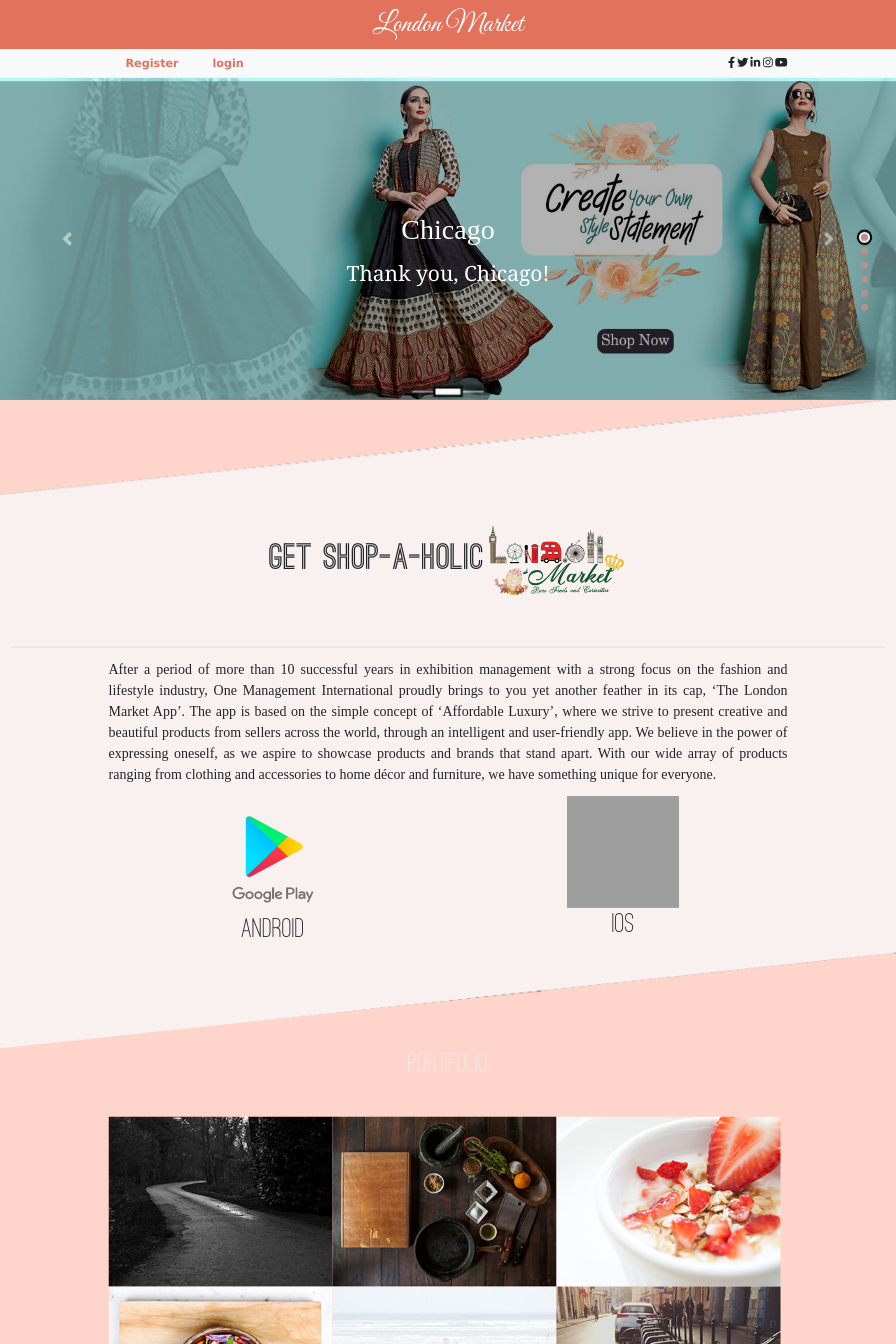
Repository: Demonster1999/newshoperrepo
Page: index.html
These files come from the project's save history. The page is drawn as it stood at one moment and after the next save; the edit follows.
The browser window is 1280 px wide. The pictures show the part of the page from y = 0 to 1920 px (the page is 4088 px tall before and 4218 px after), at 70% of full size.
Pictures or frames that could not be fetched are drawn as grey boxes. Some web libraries are served in a nearby version.

Above is the page before, as saved 2020-07-21 13:19:57.
Console error: TypeError: Cannot read properties of null (reading 'getContext')

### index.html
<!DOCTYPE html>
<head>
	<meta charset="UTF-8">
	<title>London Market</title>
	<meta name="keywords" content="" />
	<meta name="description" content="" />
    <meta name="viewport" content="width=device-width, initial-scale=1.0">
    <!--
    	Roller Template
		http://www.london-market.com/preview/london-market_424_roller
	-->
	<link rel="stylesheet" href="https://fonts.googleapis.com/css2?family=Great+Vibes">
	<link href="http://fonts.googleapis.com/css?family=Open+Sans:300,400,700" rel="stylesheet" type="text/css">
	<!-- <link href="css/font-awesome.min.css" rel="stylesheet">FontAwesome Icons -->
	<link rel="stylesheet" href="https://cdnjs.cloudflare.com/ajax/libs/font-awesome/5.14.0/css/all.min.css"
		integrity="sha512-1PKOgIY59xJ8Co8+NE6FZ+LOAZKjy+KY8iq0G4B3CyeY6wYHN3yt9PW0XpSriVlkMXe40PTKnXrLnZ9+fkDaog=="
		crossorigin="anonymous" />
	<link rel="stylesheet" href="https://maxcdn.bootstrapcdn.com/bootstrap/4.0.0/css/bootstrap.min.css" integrity="sha384-Gn5384xqQ1aoWXA+058RXPxPg6fy4IWvTNh0E263XmFcJlSAwiGgFAW/dAiS6JXm" crossorigin="anonymous">
	<link rel="stylesheet" href="fonts/ostrich-sans.css">
	<link href="css/LondonMarket.css" rel="stylesheet" type="text/css">
	<link rel="stylesheet" href="css/into-to-app.css">
	<link rel="stylesheet" href="css/navbar.css">
	<link rel="stylesheet" href="css/carousel.css">

</head>
<body>
	<nav class="navbar custom-nav sticky-top p-0 m-0 ">
		<a class="navbar-brand mx-auto text-white" style="font-family: Great Vibes; font-size: 40px;" href="#">London Market</a>

	  </nav>

	<nav class="navbar third-nav navbar-expand-lg navbar-light bg-light">
		<div class="container">
			<button class="navbar-toggler navbar-toggler-icon" type="button" data-toggle="collapse" data-target="#navbarSupportedChontent"
			aria-controls="navbarSupportedContent" aria-expanded="false" aria-label="Toggle navigation">
			<span class=""></span>
		</button>


		<div class="collapse navbar-collapse" id="navbarSupportedContent">
			<ul class="navbar-nav  mr-auto text-center">

				<li class="nav-item">
					<a class=" " href="#">Register</a>
				</li>
				<li class="nav-item ">
					<a class="" href="#">login</a>
				</li>


		</div>
		<div class="  mx-auto ">
			<!-- social icons  -->
			<button class="fab fa-facebook-f"></button>
			<button class="fab fa-twitter"></button>
			<button class="fab fa-linkedin-in"></button>
			<button class="fab fa-instagram"></button>
			<button class="fab fa-youtube"></button>
		</div>
		</div>

	</nav>


	<!-- nav with dots  -->
	<nav class="nav">
        <ul>
            <li class="dot1 active" id="ec1" data-toggle="tooltip" data-placement="left" title="Tooltip on left"></li>
            <li class="dot2" id="ec2" data-toggle="tooltip" data-placement="left" title="Tooltip on left"></li>
            <li class="dot3" id="ec3"  data-toggle="tooltip" data-placement="left" title="Tooltip on left"></li>
			<li class="dot4" id="ec4"  data-toggle="tooltip" data-placement="left" title="Tooltip on left"></li>
			<li class="dot5" id="ec5"  data-toggle="tooltip" data-placement="left" title="Tooltip on left"></li>
			<li class="dot5" id="ec5"  data-toggle="tooltip" data-placement="left" title="Tooltip on left"></li>
        </ul>
    </nav>

		<section class="" id="home">
			<div id="demo" class="carousel slide" data-ride="carousel">
				<ul class="carousel-indicators">
					<li data-target="#demo" data-slide-to="0" class="active"></li>
					<li data-target="#demo" data-slide-to="1"></li>
					<li data-target="#demo" data-slide-to="2"></li>
					<!-- <li data-target="#demo" data-slide-to="3"></li> -->
				</ul>
				<div class="carousel-inner">
					<div class="carousel-item active">
						<img src="images/carousel/carousel1.jpg" alt="Los Angeles"   >
						<div class="carousel-caption">
							<h3>Los Angeles</h3>
							<p>We had such a great time in LA!</p>
						</div>
					</div>
					<div class="carousel-item">
						<img src="images/carousel/carousel4.jpg" alt="Chicago"  >
						<div class="carousel-caption">
							<h3>Chicago</h3>
							<p>Thank you, Chicago!</p>
						</div>
					</div>
					<div class="carousel-item">
						<img src="images/carousel/cp11.jpg" alt="Chicago" >
						<div class="carousel-caption">
							<h3>Chicago</h3>
							<p>Thank you, Chicago!</p>
						</div>
					</div>
					<!-- <div class="carousel-item">
						<img src="images/images/lmimages/Adobe_20200716_143015.png" alt="Chicago">
						<div class="carousel-caption">
							<h3>Chicago</h3>
							<p>Thank you, Chicago!</p>
						</div>
					</div> -->
					<!-- <div class="carousel-item">
						<img src="images/carousel/carousel3.jpg" alt="New York" class=" w-100" style="height: 300px; max-height: 500px;">
						<div class="carousel-caption">
							<h3>New York</h3>
							<p>We love the Big Apple!</p>
						</div>
					</div> -->
				</div>
				<a class="carousel-control-prev" href="#demo" data-slide="prev">
					<span class="carousel-control-prev-icon"></span>
				</a>
				<a class="carousel-control-next" href="#demo" data-slide="next">
					<span class="carousel-control-next-icon"></span>
				</a>
			</div>
		</section>

<section class=" intro-to-app container-fluid">
	<img src="images/tm-border-black-top.png" class="w-100 img-top" alt="">
	<div class="container-fluid text-center ">
		<h1 class="mx-auto i "> Get Shop-a-holic</h1>
		<img src="images/images/lmimages/lm.png" class="p-0 m-0" width=200px height="200px" alt="" >

		<hr>


		<div class="container ">
			<p class="lead text-justify">After a period of more than 10 successful years in exhibition management with a strong focus on the fashion and
			lifestyle industry, One Management International proudly brings to you yet another feather in its cap, ‘The London
			Market App’.
			The app is based on the simple concept of ‘Affordable Luxury’, where we strive to present creative and beautiful
			products from sellers across the world, through an intelligent and user-friendly app. We believe in the power of
			expressing oneself, as we aspire to showcase products and brands that stand apart. With our wide array of products
			ranging from clothing and accessories to home décor and furniture, we have something unique for everyone.
</p>
               <div class="row">
<div class="col-md-6 p-2 text-center">
	<a href="https://play.google.com/store/apps/details?id=com.prpwebs.londonmarket" class="h1"> <img src="images/logos/play store.png" class=" " width="160px" height="160px" alt="play">
		<center> Android</center>
	</a>
</div>
<div class="col-md-6 text-center">
	<a href="" class="h1"> <img src="images/logos/hiclipart.com.png" class=" " width="160px" height="160px" alt="app">
		<center>ios</center>
	</a>

</div>
			   </div>

		</div>
	</div>
	<img src="images/tm-border-black-bottom.png" class="w-100 imgbottom" alt="">
</section>





		<section class="tm-dark-bg tm-section" id="portfolio">
			<div class="container">
				<div class="row">
					<div class="col-lg-12 col-md-12 col-sm-12 col-xs-12 text-center">
						<h1 class="tm-light-gray-text text-center text-uppercase">Portfolio</h1>
						<div class="tm-portfolio-images-container margin-top-50">
							<div class="tm-image-container">
								<div class="tm-portfolio-image-overlay text-center">
									<div class="absolute-center">
										<a href="#" class="fa fa-search"></a>
										<h2 class="text-uppercase tm-white-text">Lorem</h2>
										<p class="text-uppercase">sagittis</p>
									</div>
								</div>
								<img src="images/portfolio/01.jpg" alt="Portfolio 1">
							</div>
							<div class="tm-image-container">
								<div class="tm-portfolio-image-overlay">
									<div class="absolute-center">
										<a href="#" class="fa fa-search"></a>
										<h2 class="text-uppercase tm-white-text">Dimperdiet</h2>
										<p class="text-uppercase">Aliquam</p>
									</div>
								</div>
								<img src="images/portfolio/02.jpg" alt="Portfolio 2">
							</div>
							<div class="tm-image-container">
								<div class="tm-portfolio-image-overlay">
									<div class="absolute-center">
										<a href="#" class="fa fa-search"></a>
										<h2 class="text-uppercase tm-white-text">Pellentesque</h2>
										<p class="text-uppercase">noemer</p>
									</div>
								</div>
								<img src="images/portfolio/03.jpg" alt="Portfolio 3">
							</div>
							<div class="tm-image-container">
								<div class="tm-portfolio-image-overlay">
									<div class="absolute-center">
										<a href="#" class="fa fa-search"></a>
										<h2 class="text-uppercase tm-white-text">Aenean</h2>
										<p class="text-uppercase">pharetra</p>
									</div>
								</div>
								<img src="images/portfolio/04.jpg" alt="Portfolio 4">
							</div>
							<div class="tm-image-container">
								<div class="tm-portfolio-image-overlay">
									<div class="absolute-center">
										<a href="#" class="fa fa-search"></a>
										<h2 class="text-uppercase tm-white-text">condimentum</h2>
										<p class="text-uppercase">libero</p>
									</div>
								</div>
								<img src="images/portfolio/05.jpg" alt="Portfolio 5">
							</div>
							<div class="tm-image-container">
								<div class="tm-portfolio-image-overlay">
									<div class="absolute-center">
										<a href="#" class="fa fa-search"></a>
										<h2 class="text-uppercase tm-white-text">nulla</h2>
										<p class="text-uppercase">consectetur</p>
									</div>
								</div>
								<img src="images/portfolio/06.jpg" alt="Portfolio 6">
							</div>
							<div class="tm-image-container tm-show-hide">
								<div class="tm-portfolio-image-overlay">
									<div class="absolute-center">
										<a href="#" class="fa fa-search"></a>
										<h2 class="text-uppercase tm-white-text">Rondimentum</h2>
										<p class="text-uppercase">Sdui</p>
									</div>
								</div>
								<img src="images/portfolio/07.jpg" alt="Portfolio 7">
							</div>
							<div class="tm-image-container tm-show-hide">
								<div class="tm-portfolio-image-overlay">
									<div class="absolute-center">
										<a href="#" class="fa fa-search"></a>
										<h2 class="text-uppercase tm-white-text">imperdiet</h2>
										<p class="text-uppercase">Raugue</p>
									</div>
								</div>
								<img src="images/portfolio/08.jpg" alt="Portfolio 8">
							</div>
							<div class="tm-image-container tm-show-hide">
								<div class="tm-portfolio-image-overlay">
									<div class="absolute-center">
										<a href="#" class="fa fa-search"></a>
										<h2 class="text-uppercase tm-white-text">blandit</h2>
										<p class="text-uppercase">Aliquam</p>
									</div>
								</div>
								<img src="images/portfolio/09.jpg" alt="Portfolio 9">
							</div>
							<div class="tm-image-container tm-show-hide">
								<div class="tm-portfolio-image-overlay">
									<div class="absolute-center">
										<a href="#" class="fa fa-search"></a>
										<h2 class="text-uppercase tm-white-text">Praesent</h2>
										<p class="text-uppercase">Aliquam</p>
									</div>
								</div>
								<img src="images/portfolio/10.jpg" alt="Portfolio 10">
							</div>
							<div class="tm-image-container tm-show-hide">
								<div class="tm-portfolio-image-overlay">
									<div class="absolute-center">
										<a href="#" class="fa fa-search"></a>
										<h2 class="text-uppercase tm-white-text">Dimperdiet</h2>
										<p class="text-uppercase">Aliquam</p>
									</div>
								</div>
								<img src="images/portfolio/11.jpg" alt="Portfolio 11">
							</div>
							<div class="tm-image-container tm-show-hide">
								<div class="tm-portfolio-image-overlay">
									<div class="absolute-center">
										<a href="#" class="fa fa-search"></a>
										<h2 class="text-uppercase tm-white-text">Dimperdiet</h2>
										<p class="text-uppercase">Aliquam</p>
									</div>
								</div>
								<img src="images/portfolio/12.jpg" alt="Portfolio 12">
							</div>
						</div>
						<a href="javascript:;" class="tm-view-more tm-light-gray-text margin-top-50 text-center text-uppercase">View More</a>
					</div>
				</div>
			</div>
		</section> <!-- portfolio -->
		<section class="tm-section bg-white" id="testimonials" >
			<img src="images/tm-border-black-top.png" alt="Border" class="tm-border">
			<div class="container">
				<h1 class="text-uppercase text-center">Testimonials</h1>
				<div class="text-center margin-top-50 tm-testimonial-images-container">
					<div class="img-container">
						<div class="tm-img-circle-border absolute-center" data-comment="Sed velit elit, ornare cursus ex ac, tempor viverra mi. Vestibulum tincidunt egestas tellus, vel pharetra ante tincidunt sit amet. Vestibulum vitae velit eget metus interdum interdum." data-author="Jennifer Ves Tin" id="author1">
							<img src="images/testimonials/1.jpg" alt="Testimonial 1" class="img-circle tm-img-testimonial">
						</div>
					</div>
					<div class="img-container">
						<div class="tm-img-circle-border absolute-center" data-comment="Morbi posuere metus quam, vitae tempus nulla vehicula eu. Etiam vitae nunc faucibus, iaculis tellus eu, molestie turpis. Nam quis consequat leo. Nulla ac erat in libero porta commodo. Phasellus fringilla pharetra ullamcorper." data-author="Alicia Nulla Act" id="author2">
							<img src="images/testimonials/2.jpg" alt="Testimonial 2" class="img-circle tm-img-testimonial">
						</div>
					</div>
					<div class="img-container">
						<div class="tm-img-circle-border absolute-center active" data-comment="Suspendisse a maximus sem. Pellentesque consequat finibus metus a varius. Morbi placerat suscipit mi, in tincidunt ligula lobortis porttitor. Mauris mollis, ex sit amet sagittis elementum, tellus quam vestibulum ex, vitae cursus massa tortor et tortor." data-author="Dacilisis Luctus" id="author3">
							<img src="images/testimonials/3.jpg" alt="Testimonial 3" class="img-circle tm-img-testimonial">
						</div>

					</div>
					<div class="img-container">
						<div class="tm-img-circle-border absolute-center" data-comment="Donec laoreet nisl vel nisi posuere tempus quis at tortor. Curabitur egestas elementum est sit amet gravida. Quisque maximus diam eu turpis malesuada, in interdum massa efficitur. Vestibulum blandit pellentesque ipsum a fermentum. Duis id rutrum leo." data-author="Jessica Nisi Vel" id="author4">
							<img src="images/testimonials/4.jpg" alt="Testimonial 4" class="img-circle tm-img-testimonial">
						</div>
					</div>
					<div class="img-container">
						<div class="tm-img-circle-border absolute-center" data-comment="Integer aliquam nibh nulla, id elementum purus tempus quis. Etiam eu massa condimentum, consectetur turpis et, semper diam. Vivamus mauris ipsum, bibendum non tempor nec, ultricies a leo. Fusce eu efficitur diam. Praesent vel mi viverra leo finibus maximus sed in ipsum." data-author="Malicia Viva Fusce" id="author5">
							<img src="images/testimonials/5.jpg" alt="Testimonial 5" class="img-circle tm-img-testimonial">
						</div>
					</div>
				</div>
				<p class="text-center margin-top-50 tm-comment"><em>This is a place holder for different description text.</em></p>
				<p class="text-uppercase text-center tm-author tm-orange-text">Author Name</p>
				<hr class="tm-author-name-underline">
			</div>
		</section> <!-- testimonials -->
		<section class="tm-section tm-orange-bg" id="contact" >
			<img src="images/tm-border-white-top.png" alt="Border" class="tm-border">
			<div class="container">
				<h1 class="text-uppercase text-center">Contact Us</h1>
				<p class="text-center margin-top-50">Phasellus sed rutrum quam. Aenean mollis nec metus quis fringilla. Aliquam interdum risus quis sem rhoncus, vel iaculis lorem pulvinar. Maecenas in lorem non quam bibendum auctor vel lobortis sem.</p>
				<div class="row margin-top-50">
					<div class="col-lg-6 col-md-6 col-sm-6 col-xs-12">
						<div id="map-canvas"></div>
					</div>
					<div class="col-lg-6 col-md-6 col-sm-6 col-xs-12">
						<form action="#" method="post" class="tm-contact-form">
							<div class="form-group">
								<input type="text" id="contact_name" class="form-control" placeholder="NAME..." />
							</div>
							<div class="form-group">
								<input type="text" id="contact_email" class="form-control" placeholder="EMAIL..." />
							</div>
							<div class="form-group">
								<input type="text" id="contact_subject" class="form-control" placeholder="SUBJECT..." />
							</div>
							<div class="form-group">
								<textarea id="contact_message" class="form-control" rows="8" placeholder="WRITE A MESSAGE..."></textarea>
							</div>
							<button type="submit" class="btn text-uppercase tm-dark-bg tm-orange-text tm-send-btn">Send</button>
						</form>
					</div>
				</div>
			</div>
			<img src="images/tm-border-black-bottom.png" alt="Border" class="tm-border">
		</section> <!-- contact -->


	<footer class="text-right tm-dark-bg">
		<p class="text-uppercase container small">Copyright &copy; 2084 <a href="#">Company Name</a></p>
	</footer>
	<script src="js/jquery-1.11.1.min.js" ></script>
	<!-- <script src="https://code.jquery.com/jquery-3.5.1.min.js"
		integrity="sha256-9/aliU8dGd2tb6OSsuzixeV4y/faTqgFtohetphbbj0=" crossorigin="anonymous"></script> -->
		<script src="https://cdnjs.cloudflare.com/ajax/libs/font-awesome/5.14.0/js/all.min.js"
			integrity="sha512-YSdqvJoZr83hj76AIVdOcvLWYMWzy6sJyIMic2aQz5kh2bPTd9dzY3NtdeEAzPp/PhgZqr4aJObB3ym/vsItMg=="
			crossorigin="anonymous"></script>
<script src="https://cdnjs.cloudflare.com/ajax/libs/popper.js/1.12.9/umd/popper.min.js" integrity="sha384-ApNbgh9B+Y1QKtv3Rn7W3mgPxhU9K/ScQsAP7hUibX39j7fakFPskvXusvfa0b4Q" crossorigin="anonymous"></script>
<script src="https://maxcdn.bootstrapcdn.com/bootstrap/4.0.0/js/bootstrap.min.js" integrity="sha384-JZR6Spejh4U02d8jOt6vLEHfe/JQGiRRSQQxSfFWpi1MquVdAyjUar5+76PVCmYl" crossorigin="anonymous"></script>
	<script src="js/LondonMarket.js"></script>
	<script src="js/scrollnav.js"></script>
</body>
</html>

### css/navbar.css
.custom-nav {
    background-color: #e2725b;

}
.custom-nav {
    color: #fff;
    font-size: 25px;

}

/* thirdnav  */
.third-nav a{
    color: black;
    font-family: 'Lucida Sans', 'Lucida Sans Regular', 'Lucida Grande', 'Lucida Sans Unicode', Geneva, Verdana, sans-serif;
    font-weight: bold;
    color: #e2725b;
}
.third-nav ul li{
    margin-left: 20%;
    margin-right: 20%;
}

/* thirdnav end  */

.nav {
    position: fixed;
    top: 45%;
    bottom: 30%;
    right: 0;
	width: 60px;
	z-index: 50;
}

.nav ul {
	list-style: none;
}


.nav li {
    width: 10px;
	height: 10px;
	margin: 10px;
    border-radius: 100%;
    background-color: rosybrown;
    cursor: pointer;
    transition: .5s;
}

.dot1 {
    background-color: rgb(82, 43, 43);
}

.dot2 {
    background-color: rgb(24, 73, 44);
}

.dot3 {
    background-color: rgb(73, 58, 204);
}

.dot4 {
    background-color: rgb(58, 70, 31);
}

.active {
    box-shadow: 0 0 0 3px #fffffff1, 0 0 0 6px #000;
}

Loaded but not shown: fonts/ostrich-sans.css (common file); js/jquery-1.11.1.min.js (library); js/LondonMarket.js (359 lines, source omitted); js/scrollnav.js (48 lines, source omitted); css/LondonMarket.css (433 lines, source omitted); css/carousel.css (37 lines, source omitted); css/into-to-app.css (35 lines, source omitted)

After the next save:
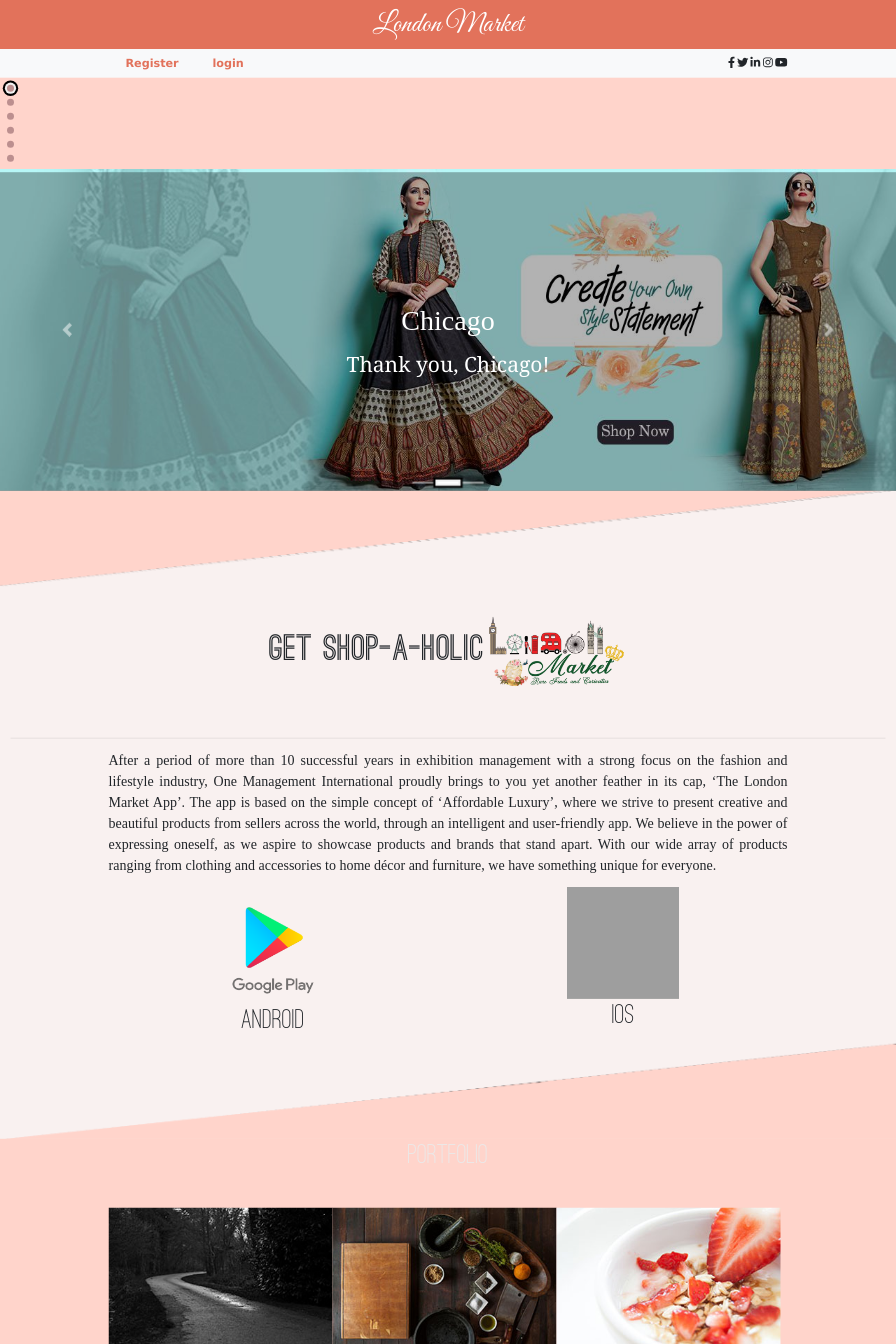
Saved 4 s later.
--- a/css/navbar.css
+++ b/css/navbar.css
@@ -19,7 +19,7 @@
     margin-left: 20%;
     margin-right: 20%;
 }
-
+.third-nav
 /* thirdnav end  */
 
 .nav {

After the 2 saves that followed:
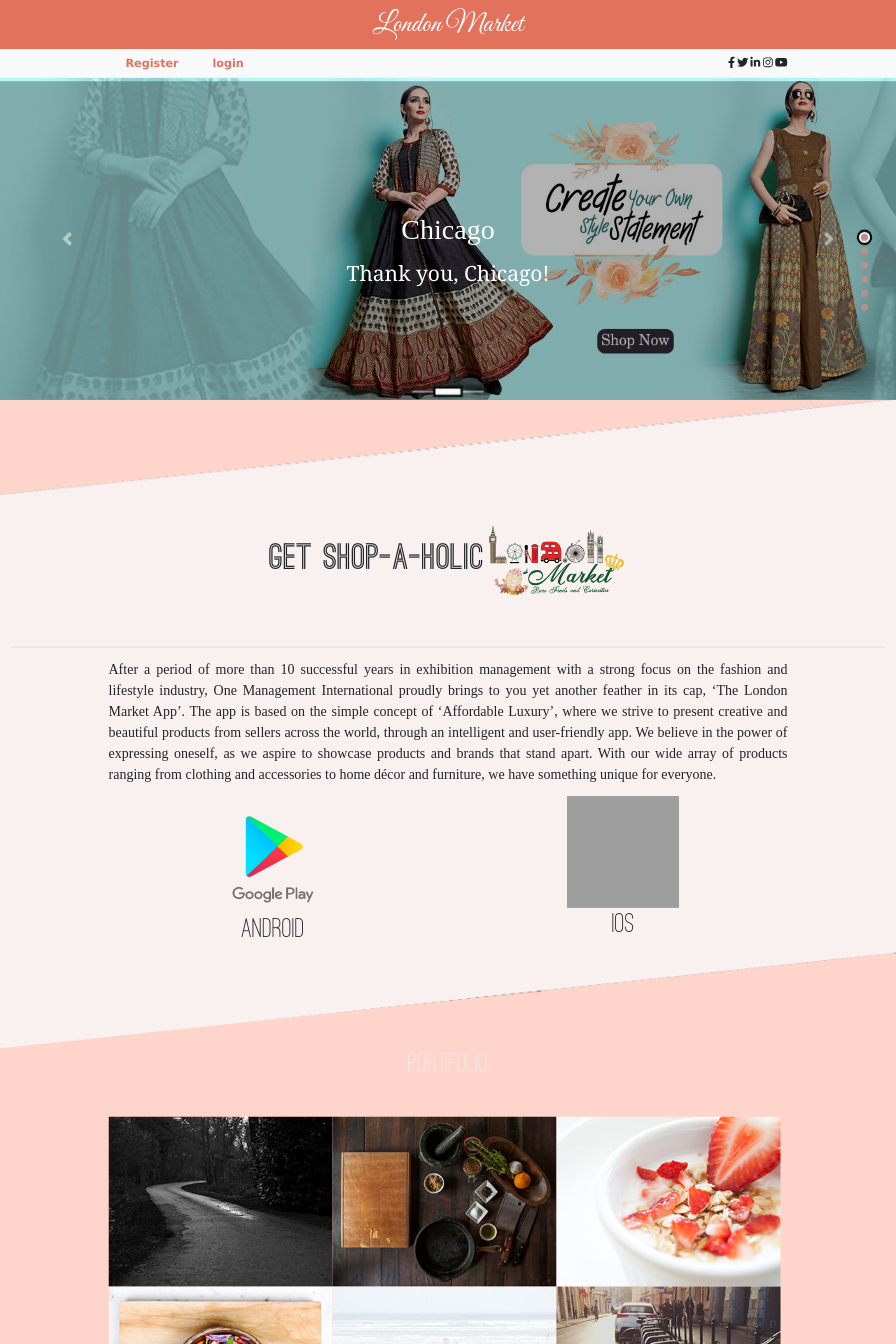
The 2 saves are shown as one change because they came seconds apart.
The last was saved 7 s later.
--- a/css/navbar.css
+++ b/css/navbar.css
@@ -19,7 +19,9 @@
     margin-left: 20%;
     margin-right: 20%;
 }
-.third-nav
+.third-nav button{
+
+}
 /* thirdnav end  */
 
 .nav {
